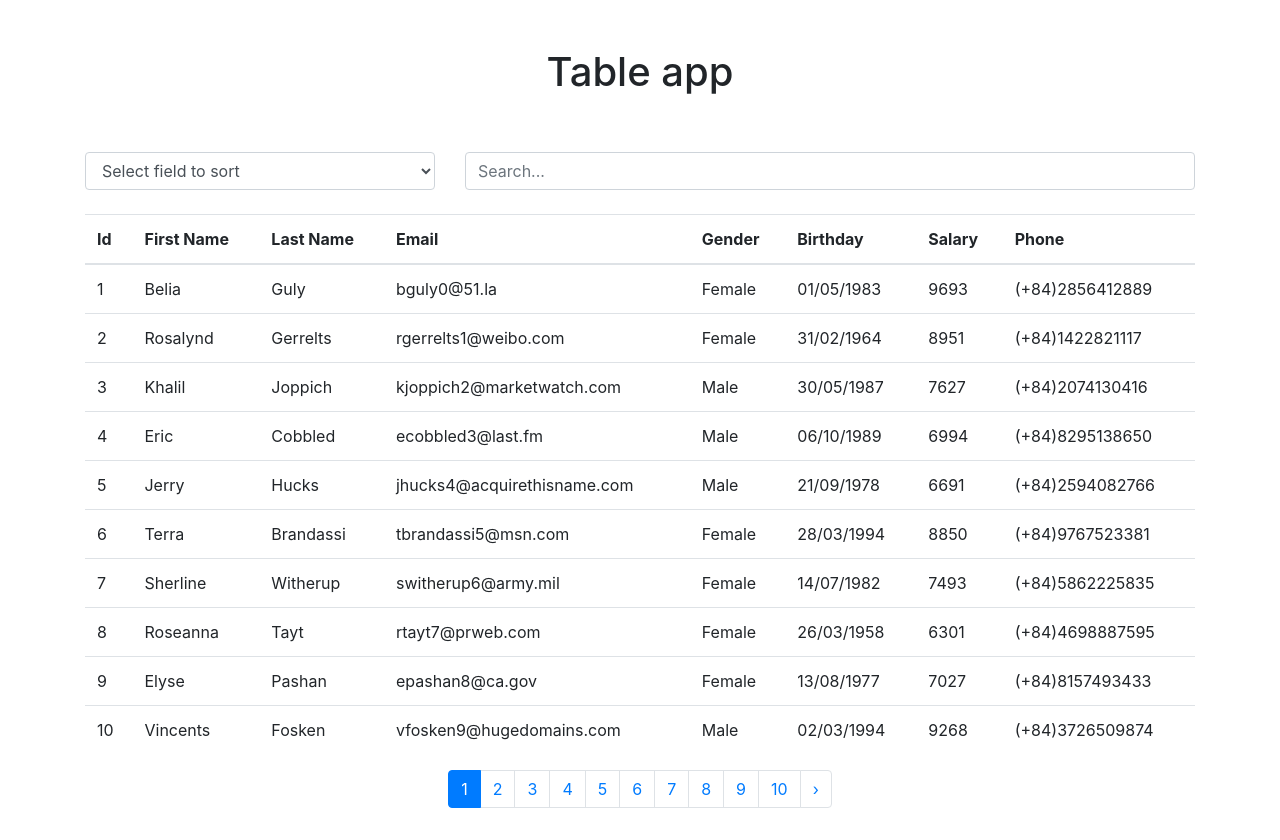
Repository: nguy3nds/table-app
Page: /
An editor plug-in stored every save of this project. The page is shown before and after a run of saves, followed by the edit.
The browser window is 1280 px wide. The pictures show the whole page.
The project was rebuilt for these pictures with package versions that can differ from the ones it lists, and the page was loaded fresh each time.

Above is the page before, as saved 2021-09-21 14:58:46.

### src/index.tsx
import React from 'react';
import ReactDOM from 'react-dom';
import './index.css';
import App from './App';
import reportWebVitals from './reportWebVitals';
import 'bootstrap/dist/css/bootstrap.min.css';

ReactDOM.render(
  <React.StrictMode>
    <App />
  </React.StrictMode>,
  document.getElementById('root')
);

// If you want to start measuring performance in your app, pass a function
// to log results (for example: reportWebVitals(console.log))
// or send to an analytics endpoint. Learn more: https://bit.ly/CRA-vitals
reportWebVitals();

### src/App.tsx
import "./App.css";
import Data from "./users.json";
import { Col, Container, Row, Table } from "react-bootstrap";
import { ChangeEvent, useEffect, useState } from "react";
import PaginateComponent from "./components/PaginateComponent";
import SelectionBox from "./components/SelectionBox";
import UserInOnePage from "./components/UserInOnePage";

export interface User {
  id: number;
  firstName: string;
  lastName: string;
  email: string;
  gender: string;
  birthday: string;
  salary: number;
  phone: string;
}

const App: React.FC = () => {
  const [users, setUsers] = useState<User[]>([]);
  const [data, setData] = useState<User[]>(Data);
  const [currentPage, setCurrentPage] = useState<number>(1);

  const USER_PER_PAGE = 10;

  useEffect(() => {
    const indexLastUser = currentPage * USER_PER_PAGE;
    const indexFirstUser = indexLastUser - USER_PER_PAGE;
    const currentUsers = data.slice(indexFirstUser, indexLastUser);

    setUsers(currentUsers);
  }, [currentPage, data]);

  const onSort = (e: React.ChangeEvent<HTMLInputElement>) => {
    let keyObj: keyof User = e.target.value as keyof User;
    let sortedUsers = users.sort((a: User, b: User) => {
      if (a[keyObj] < b[keyObj]) return -1;
      if (a[keyObj] > b[keyObj]) return 1;
      return 0;
    });
    setUsers([...sortedUsers]);
  };

  const onSelectedPage = (pageNum: number) => {
    setCurrentPage(pageNum);
  };

  const onPrev = () => {
    setCurrentPage(currentPage - 1);
  };

  const onNext = () => {
    setCurrentPage(currentPage + 1);
  };

  const onSearch = (e: ChangeEvent<HTMLInputElement>) => {
    let searchUsers = Data.filter((user: User) => {
      for (let prop in user) {
        if (
          user[prop as keyof User]
            .toString()
            .toLowerCase()
            .includes(e.target.value.toLowerCase())
        ) {
          return user;
        }
      }
      return false;
    });
    setData(searchUsers);
  };

  return (
    <div className="App">
      <Container>
        <h1 className="text-center m-5">Table app</h1>
        <Table>
          <Row className="my-2">
            <Col md="4">
              <SelectionBox handleSelection={onSort} />
            </Col>
            <Col>
              <input
                className="form-control"
                type="text"
                placeholder="Search..."
                onChange={onSearch}
              />
            </Col>
          </Row>

          <UserInOnePage users={users} />

          {data.length !== 0 && (
            <Row className="justify-content-center">
              <PaginateComponent
                pageNumber={Math.ceil(data.length / USER_PER_PAGE)}
                currentPage={currentPage}
                onSelectPage={onSelectedPage}
                handlePrev={onPrev}
                handleNext={onNext}
              />
            </Row>
          )}

          {data.length === 0 && (
            <Row className="justify-content-center">
              <p>Couldn't find anything for these key words</p>
            </Row>
          )}
        </Table>
      </Container>
    </div>
  );
};

export default App;

### src/components/PaginateComponent.tsx
import { Pagination } from 'react-bootstrap';

function PaginateComponent({ pageNumber, currentPage, onSelectPage, handlePrev, handleNext }: any) {
    let items = [];
    for (let number = 1; number <= pageNumber; number++) {
        items.push(
            <Pagination.Item key={number} active={number === currentPage} onClick={() => onSelectPage(number)}>
                {number}
            </Pagination.Item>,
        );
    }
    return (
        <div>
            <Pagination>
                {currentPage !== 1 && <Pagination.Prev onClick={handlePrev} />}
                {items}
                {currentPage !== pageNumber && <Pagination.Next onClick={handleNext}/>}
            </Pagination>
        </div>
    );
}

export default PaginateComponent;

### src/components/SelectionBox.tsx
import Form from "react-bootstrap/Form";
import React from "react";

// // Type '{ handleSelection: (e: ChangeEvent<HTMLInputElement>) => void; }' is not assignable to type 'IntrinsicAttributes & Event & { children?: ReactNode; }'.
//   Property 'handleSelection' does not exist on type 'IntrinsicAttributes & Event & { children?: ReactNode; }'.

const SelectionBox: React.FC<any> = ({ handleSelection }) => {
  return (
    <Form>
      <Form.Group>
        <Form.Control as="select" onChange={handleSelection}>
          <option>Select field to sort</option>
          <option value={"id"}>Id</option>
          <option value={"firstName"}>First Name</option>
          <option value={"lastName"}>Last Name</option>
          <option value={"email"}>Email</option>
          <option value={"gender"}>Gender</option>
          <option value={"birthday"}>Birthday</option>
          <option value={"salary"}>Salary</option>
          <option value={"phone"}>Phone</option>
        </Form.Control>
      </Form.Group>
    </Form>
  );
};

export default SelectionBox;

### src/components/UserInOnePage.tsx
import React from "react";
import Col from "react-bootstrap/esm/Col";
import Row from "react-bootstrap/esm/Row";
import TableData from "./TableData";

const UserInOnePage = (props: any) => {
  const formatDate = (date: string): string => {
    let d = new Date(date);
    let day =
      d.getDate().toString().length === 2
        ? d.getDate().toString()
        : "0" + d.getDate().toString();
    let month =
      d.getMonth().toString().length === 2
        ? d.getMonth().toString()
        : "0" + d.getMonth().toString();
    return day + "/" + month + "/" + d.getFullYear().toString();
  };

  const content = props.users.map((user: any) => (
    <tr key={user.id}>
      <td>{user.id}</td>
      <td>{user.firstName}</td>
      <td>{user.lastName}</td>
      <td>{user.email}</td>
      <td>{user.gender}</td>
      <td>{formatDate(user.birthday)}</td>
      <td>{user.salary}</td>
      <td>{"(+84)" + user.phone.replace(/-/g, "")}</td>
    </tr>
  ));

  return (
    <div>
      {props.users.length !== 0 && (
        <Row>
          <Col>
            <TableData content={content} />
          </Col>
        </Row>
      )}
    </div>
  );
};

export default UserInOnePage;

### src/components/TableData.tsx
import React from "react";
import Table from "react-bootstrap/Table";

const TableData: React.FC<any> = ({ content }) => {
  return (
    <Table>
      <thead>
        <tr>
          <th>Id</th>
          <th>First Name</th>
          <th>Last Name</th>
          <th>Email</th>
          <th>Gender</th>
          <th>Birthday</th>
          <th>Salary</th>
          <th>Phone</th>
        </tr>
      </thead>
      <tbody>{content}</tbody>
    </Table>
  );
};

export default TableData;

Loaded but not shown: public/index.html (common file); src/index.css (common file); src/reportWebVitals.ts (common file); src/users.json (1002 lines, source omitted); src/App.css (no stored copy; drawn as an empty file)

After the next 2 saves:
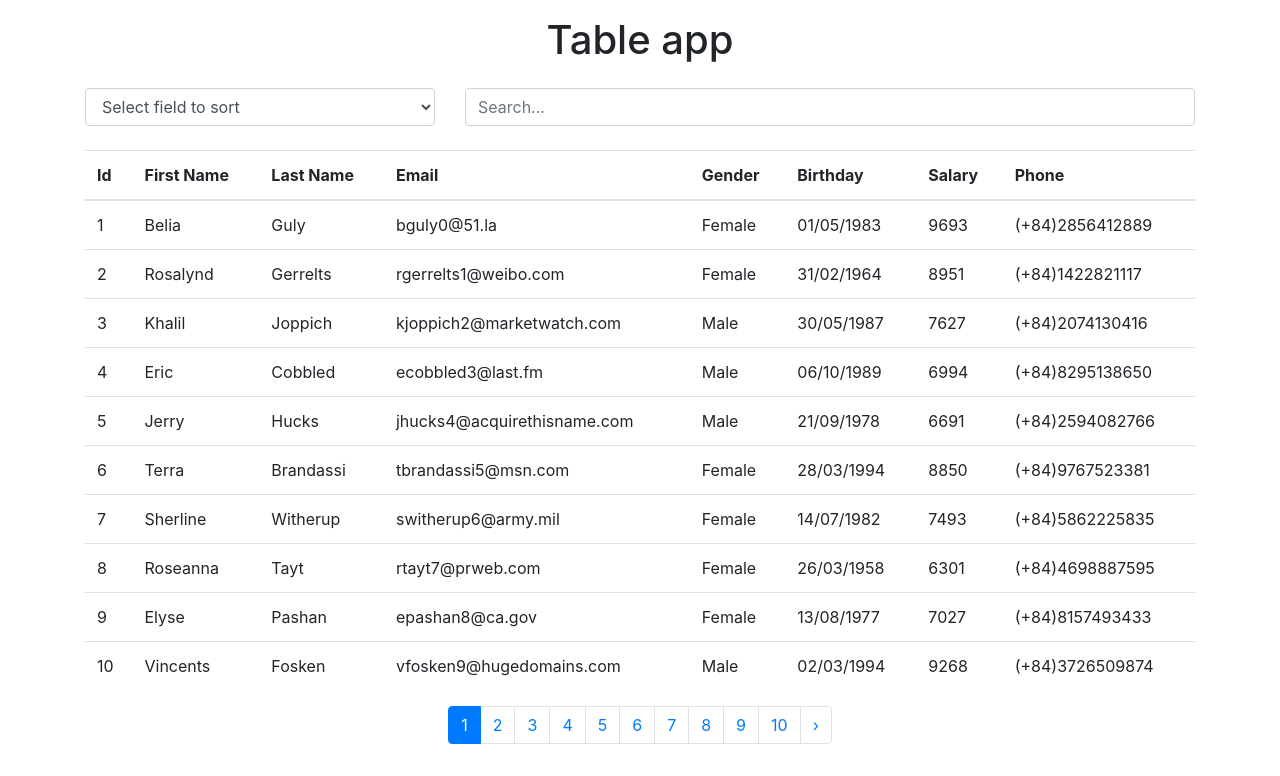
The 2 saves are shown as one change because they came seconds apart.
The last was saved 7 s later.
--- a/src/App.tsx
+++ b/src/App.tsx
@@ -74,7 +74,7 @@ const App: React.FC = () => {
   return (
     <div className="App">
       <Container>
-        <h1 className="text-center m-5">Table app</h1>
+        <h1 className="text-center m-3">Table app</h1>
         <Table>
           <Row className="my-2">
             <Col md="4">
